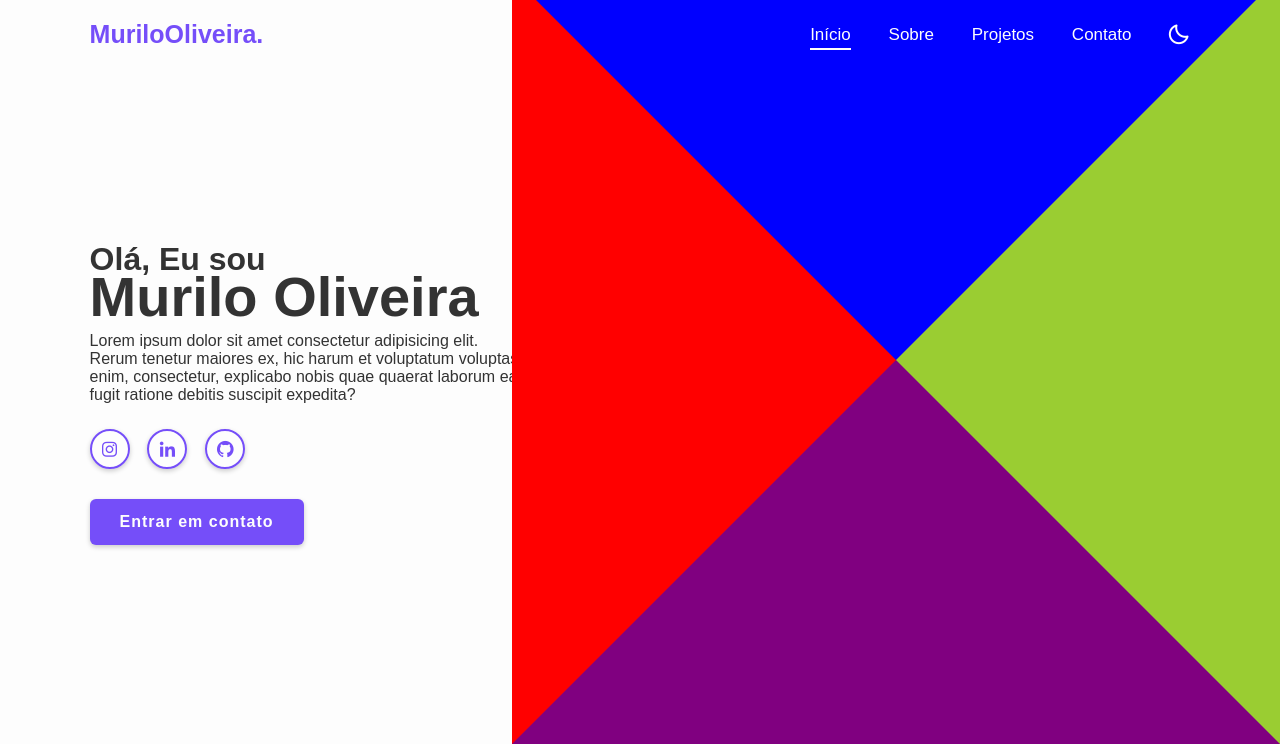
Repository: devMuriloOliveira/Portfolio-
Page: index.html
An editor plug-in stored every save of this project. The page is shown before and after the next save, followed by the edit.
The browser window is 1280 px wide. The pictures show the whole page.
Some web fonts or font styles are not loaded; a fallback is used.

Above is the page before, as saved 2023-03-11 15:22:57.

### index.html
<!DOCTYPE html>
<html lang="en">
  <head>
    <meta charset="UTF-8" />
    <meta http-equiv="X-UA-Compatible" content="IE=edge" />
    <meta name="viewport" content="width=device-width, initial-scale=1.0" />
    <title>Murilo Oliveira</title>

    <!--box icons-->
    <link
      href="https://unpkg.com/boxicons@2.1.4/css/boxicons.min.css"
      rel="stylesheet"
    />

    <!--font-->
    <link
      rel="stylesheet"
      href="https://fonts.googleapis.com/css2?family=Material+Symbols+Outlined:opsz,wght,FILL,GRAD@20..48,100..700,0..1,-50..200"
    />

    <!--css-->
    <link rel="stylesheet" href="style.css" />
  </head>
  <body>
    <header class="header">
      <a class="logo" href="#">Murilo<span>Oliveira</span>.</a>

      <nav class="navbar">
        <a href="#inicio" class="active">Início</a>
        <a href="#sobre">Sobre</a>
        <a href="#projetos">Projetos</a>
        <a href="#contato">Contato</a>
      </nav>

      <div class="bx bx bx-moon" id="darkMode-icon"></div>
    </header>

    <section class="inicio" id="inicio">
      <div class="inicio-content">
        <h3>Olá, Eu sou</h3>
        <h1>Murilo Oliveira</h1>
        <p>
          Lorem ipsum dolor sit amet consectetur adipisicing elit. Rerum tenetur
          maiores ex, hic harum et voluptatum voluptas enim, consectetur,
          explicabo nobis quae quaerat laborum ea fugit ratione debitis suscipit
          expedita?
        </p>

        <div class="social-media">
          <a href="#"><i class="bx bxl-instagram"></i></a>
          <a href="#"><i class="bx bxl-linkedin"></i></a>
          <a href="#"><i class="bx bxl-github"></i></a>
        </div>

        <a href="#" class="btn">Entrar em contato</a>
      </div>

      <div class="profession-container">
        <div class="profession-box">
          <div class="profession" style="--i: 0">
            <i class="bx bx-code-alt"></i>
            <h3>desenvolvedor web</h3>
          </div>
          <div class="profession" style="--i: 1">
            <i class="bx bx-code-alt"></i>
            <h3>desenvolvedor web</h3>
          </div>
          <div class="profession" style="--i: 2">
            <i class="bx bx-code-alt"></i>
            <h3>desenvolvedor web</h3>
          </div>
          <div class="profession" style="--i: 3">
            <i class="bx bx-code-alt"></i>
            <h3>desenvolvedor web</h3>
          </div>
          <div class="circle"></div>
        </div>

        <div class="overlay"></div>
      </div>
    </section>
    <script src="js/script.js"></script>
  </body>
</html>

### style.css
*{
  margin: 0;
  padding: 0;
  box-sizing: border-box;
  text-decoration: none;
  border: none;
  outline: none;
  scroll-behavior: smooth;
  font-family: 'Poppins', sans-serif;
}

:root{
  --bg-color: #fdfdfd;
  --text-color: #333;
  --main-color: #754ef9;
  --white-color: #fdfdfd;
  --shadow-color: rgba(0, 0, 0, .2);
}

html{
  font-size: 62.5%;
  overflow-x: hidden;
}

body{
  background: var(--bg-color);
  color: var(--text-color);
}

.header{
  position: fixed;
  top: 0;
  left: 0;
  width: 100%;
  padding: 2rem 7%;
  background: transparent;
  display: flex;
  align-items: center;
  z-index: 100;
}

.logo{
  font-size: 2.5rem;
  color: var(--main-color);
  font-weight: 600;
  cursor: default;
  margin-right: auto;
}

.navbar a{
  position: relative;
  font-size: 1.7rem;
  color: var(--white-color);
  font-weight: 500;
  margin-right: 3.5rem;
}

.navbar a.active::before{
  content: '';
  position: absolute;
  left: 0;
  bottom: -6px;
  width: 100%;
  height: .2rem;
  background: var(--white-color);
}

#darkMode-icon{
  font-size: 2.4rem;
  color: var(--white-color);
  cursor: pointer;
}

section{
  min-height: 100vh;
  padding: 10rem 7% 2rem;
}

.inicio{
  display: flex;
  align-items: center;
}

.inicio .inicio-content{
  max-width: 44rem;
}

.inicio-content h3{
  font-size: 3.2rem;
  font-weight: 700;
  line-height: .3;
}

.inicio-content h1{
  font-size: 5.6rem;
  font-weight: 700;
  margin-bottom: .3rem;
}

.inicio-content p{
  font-size: 1.6rem;
}

.inicio-content .social-media a{
  display: inline-flex;
  justify-content: center;
  align-items: center;
  width: 4rem;
  height: 4rem;
  background: transparent;
  border: .2rem solid var(--main-color);
  border-radius: 50%;
  box-shadow: 0 .2rem .5rem var(--shadow-color);
  font-size: 2rem;
  color: var(--main-color);
  margin: 2.5rem 1.5rem 3rem 0;
  transition: .5s ease;
}

.inicio-content .social-media a:hover{
  background: var(--main-color);
  color: var(--white-color);
}

.btn{
  display: inline-block;
  padding: 1.2rem 2.8rem;
  background: var(--main-color);
  border-radius: .6rem;
  box-shadow: 0 .2rem .5rem var(--shadow-color);
  font-size: 1.6rem;
  color: var(--white-color);
  letter-spacing: .1rem;
  font-weight: 600;
  border: .2rem solid transparent;
  transition: .5s ease;
}

.btn:hover{
  background: transparent;
  color: var(--main-color);
  border-color: var(--main-color);
}

.inicio .profession-container{
  position: absolute;
  top: 50%;
  right: 0;
  transform: translateY(-50%);
  width: 768px;
  height: 768px;

  overflow: hidden;
  pointer-events: none;
}

.inicio .profession-container .profession-box{
  position: absolute;
  top: 0;
  right: 0;
  width: 768px;
  height: 768px;
  border-radius: 50%;
  display: flex;
  justify-content: center;
  align-items: center;
}

.inicio .profession-box .profession{
  position: absolute;
  left: 0;
  display: flex;
  align-items: center;
  flex-direction: column;
  color: var(--main-color);
  transform: rotate(calc(360deg / 4 * var(--i)));
  transform-origin: 384px;
  background: var(--bg-color);
  padding: 13px 0;
}

.inicio .profession-box .profession:nth-child(1) i {
  margin-right: 15px;
}

.inicio .profession-box .profession:nth-child(2),
.inicio .profession-box .profession:nth-child(4) {
  padding-bottom: 20px;
}

.inicio .profession i{
  font-size: 3.8rem;
}

.inicio .profession h3{
  font-size: 3.2rem;
  line-height: 1;
  font-weight: 600;
}

.inicio .profession-box .circle{
  width: 560px;
  height: 560px;

  border: 3px solid var(--main-color);
  border-radius: 50%;
}

.inicio .profession-container .overlay{
  position: absolute;
  top: 0;
  right: 0;
  width: 0;
  height: 0;
  border-top: 384px solid blue;
  border-right: 384px solid yellowgreen;
  border-bottom: 384px solid purple;
  border-left: 384px solid red;

}

Loaded but not shown: js/script.js (no copy from this time; the picture is the same without it)

After the next save:
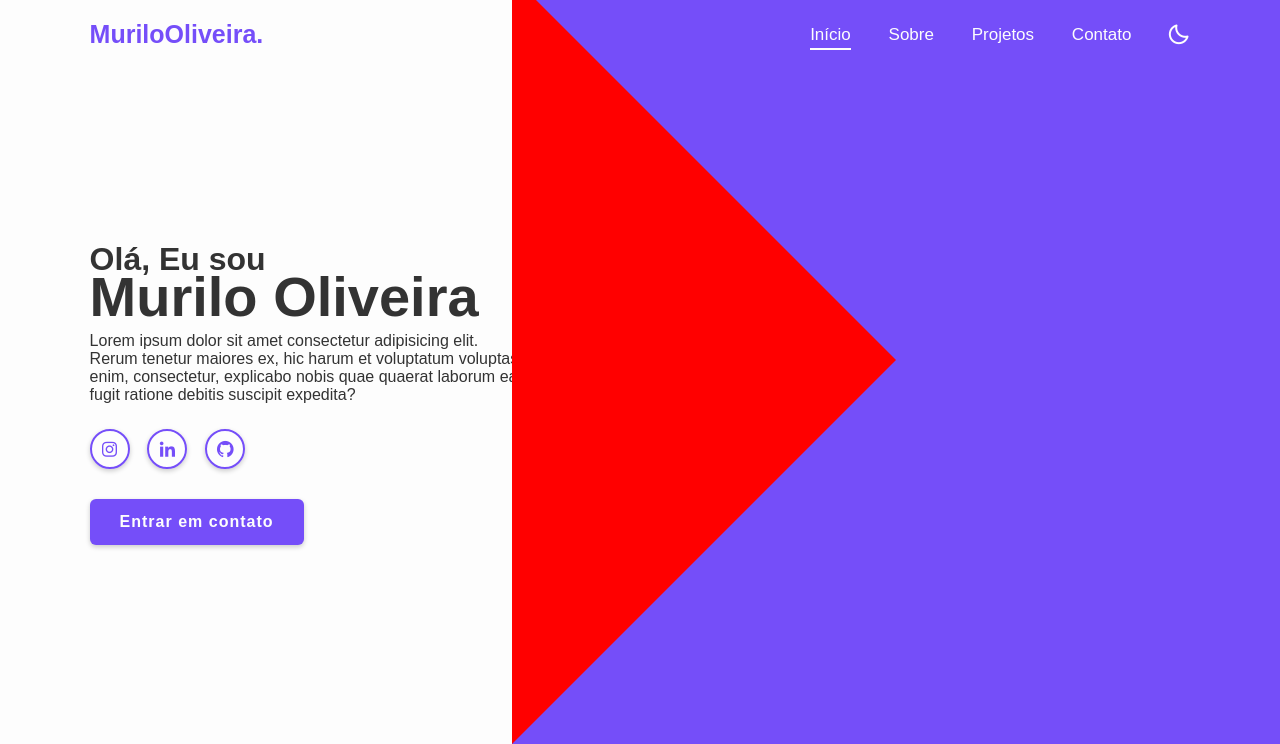
Saved 59 s later.
--- a/style.css
+++ b/style.css
@@ -212,9 +212,9 @@ section{
   right: 0;
   width: 0;
   height: 0;
-  border-top: 384px solid blue;
-  border-right: 384px solid yellowgreen;
-  border-bottom: 384px solid purple;
+  border-top: 384px solid var(--main-color);
+  border-right: 384px solid var(--main-color);
+  border-bottom: 384px solid var(--main-color);
   border-left: 384px solid red;
 
 }
